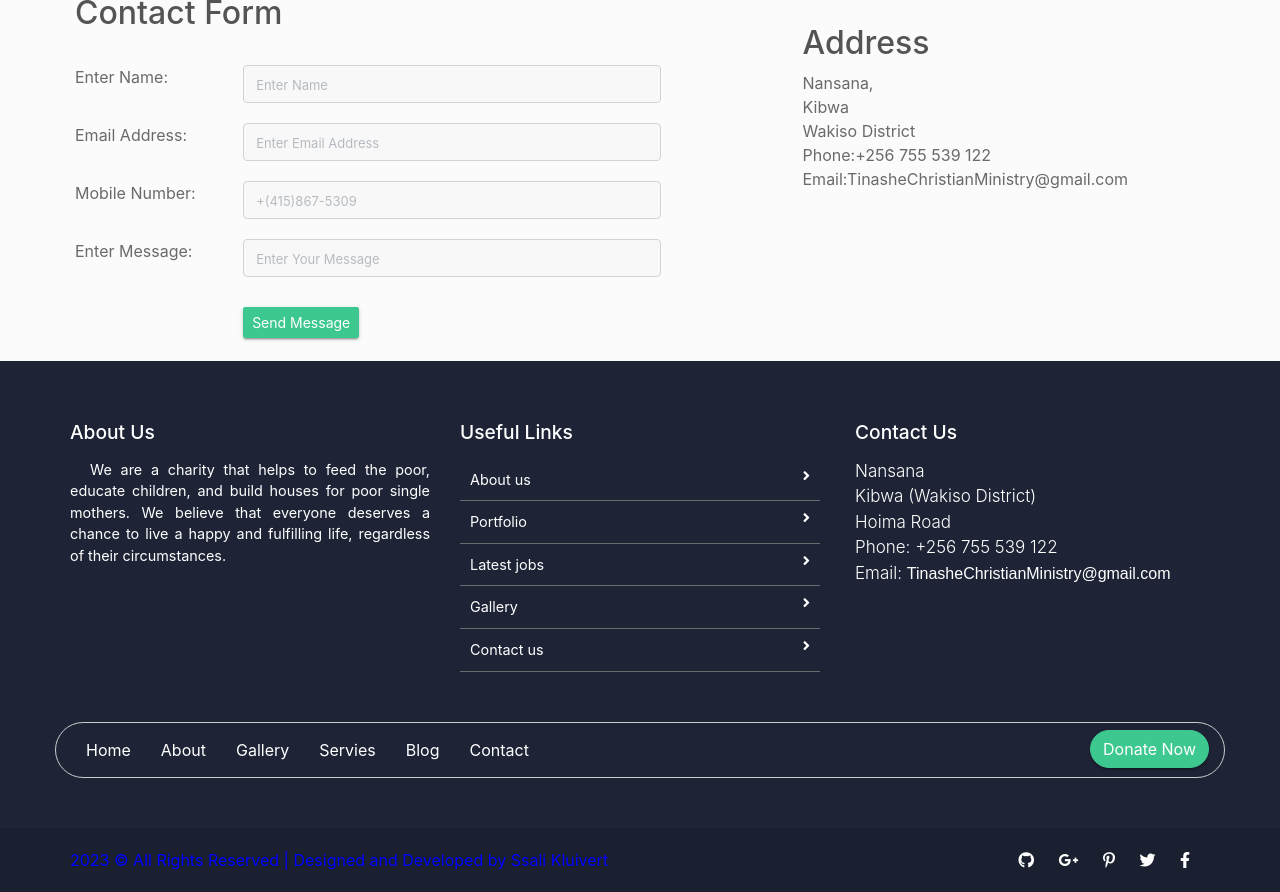
Repository: kluivert-ssali/Zziwa
Page: contact_us.html
An editor plug-in stored every save of this project. The page is shown before and after the next save, followed by the edit.
The browser window is 1280 px wide. The pictures show the part of the page from y = 618 to 1570 px (the page is 1510 px tall before and 1606 px after).

Above is the page before, as saved 2023-09-30 00:59:52.

After the next save:
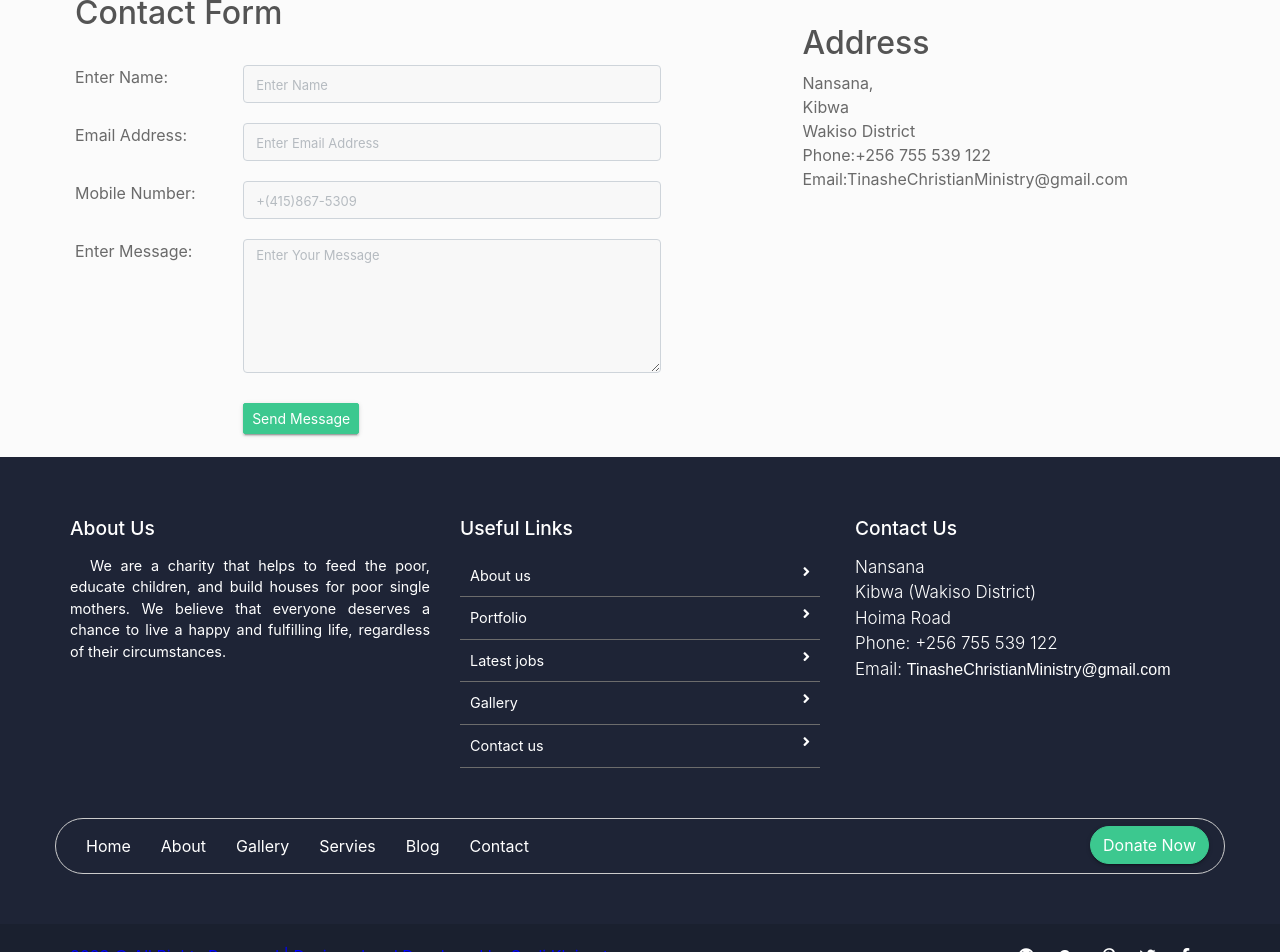
Saved 3 min 28 s later.
--- a/contact_us.html
+++ b/contact_us.html
@@ -189,13 +189,13 @@
                       <label>Enter Message</label><span>:</span>
                     </div>
                     <div class="col-sm-8">
-                      <input
+                      <textarea
                         type="textarea"
                         rows="5"
                         name="Message"
                         placeholder="Enter Your Message"
                         class="form-control input-sm"
-                      >
+                      ></textarea>
                     </div>
                   </div>
                   <div style="margin-top: 10px" class="row">
